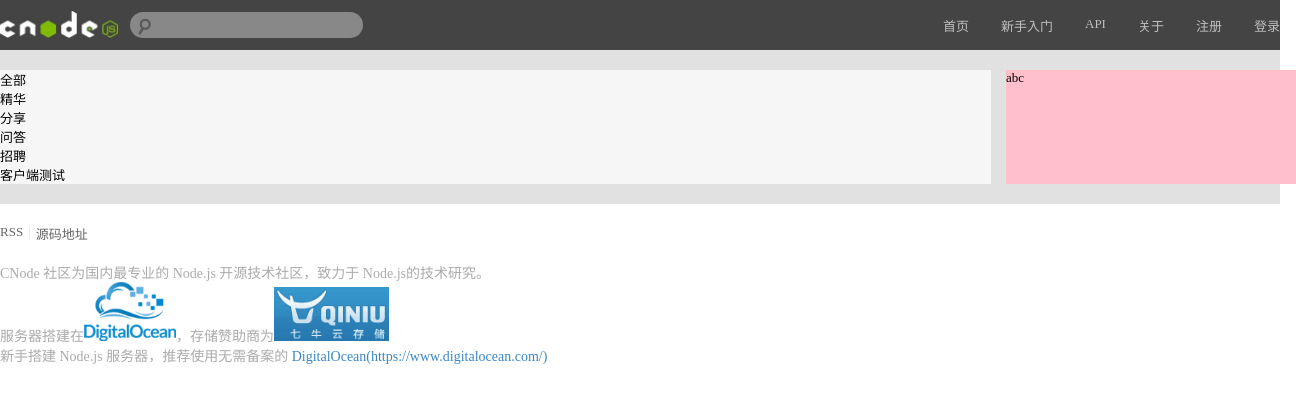
Repository: he-mengyao/pc-cnode-js
Page: /
The author's editor kept a copy of each file at every save. The page is drawn from the files as they stood at one save, then again after the next save.
The browser window is 1280 px wide. The page is 1296 px wide, so the pictures cover 1296 px, including what lies to the right of the window. The pictures show the whole page.
The project was rebuilt for these pictures with package versions that can differ from the ones it lists, and the page was loaded fresh each time.

Above is the page before, as saved 2021-06-20 10:48:48.

After the next save:
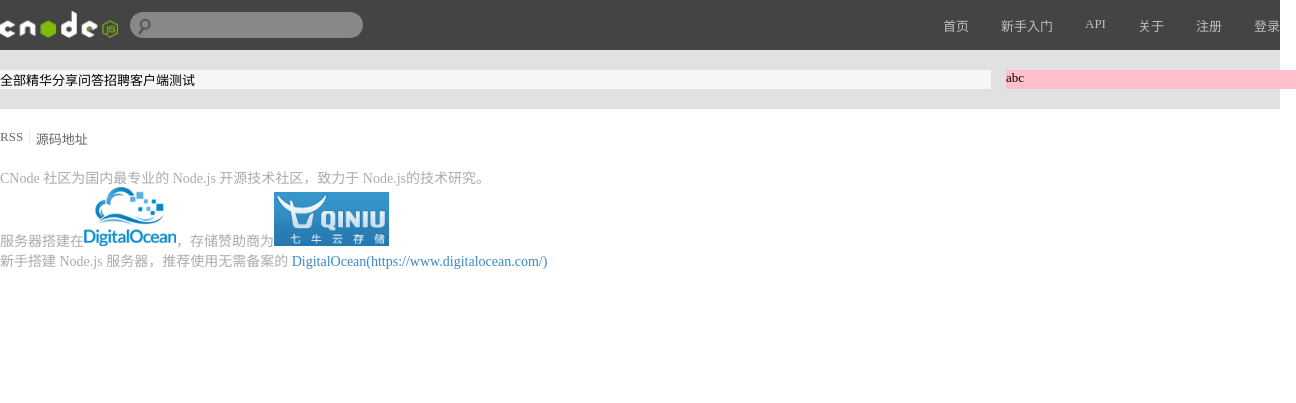
Saved 4 s later.
--- a/src/components/Fl/fl.vue
+++ b/src/components/Fl/fl.vue
@@ -1,6 +1,6 @@
 <template>
   <div class="fl">
-    <div class="title">
+    <div class="title flex">
       <div>全部</div>
       <div>精华</div>
       <div>分享</div>
